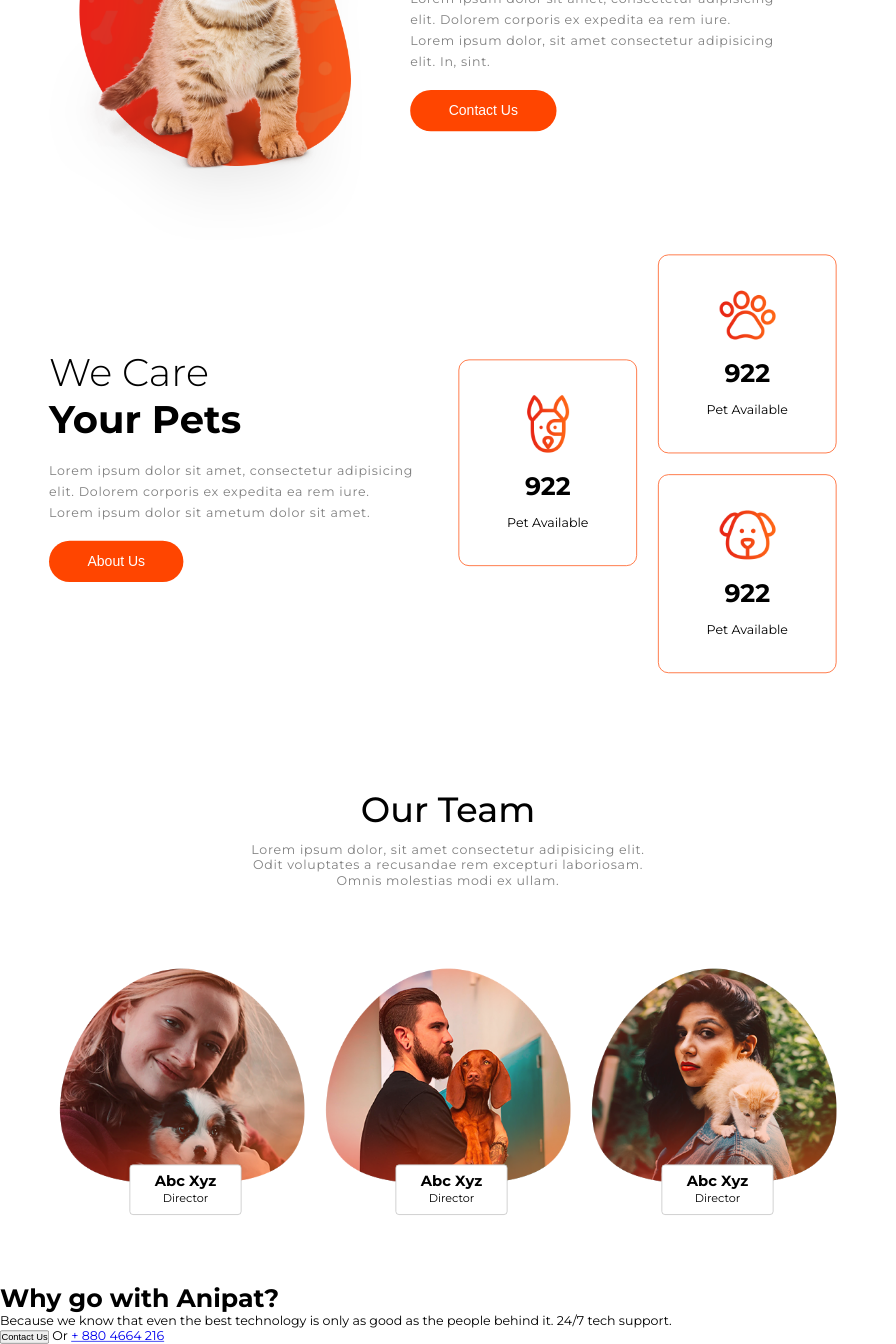
Repository: giahuy405/Day_2_Anipat
Page: index.html
An editor plug-in stored every save of this project. The page is shown before and after the next save, followed by the edit.
The browser window is 1280 px wide. The pictures show the part of the page from y = 1991 to 3911 px (the page is 3911 px tall), at 70% of full size.

Above is the page before, as saved 2022-09-09 00:12:08.

After the next save:
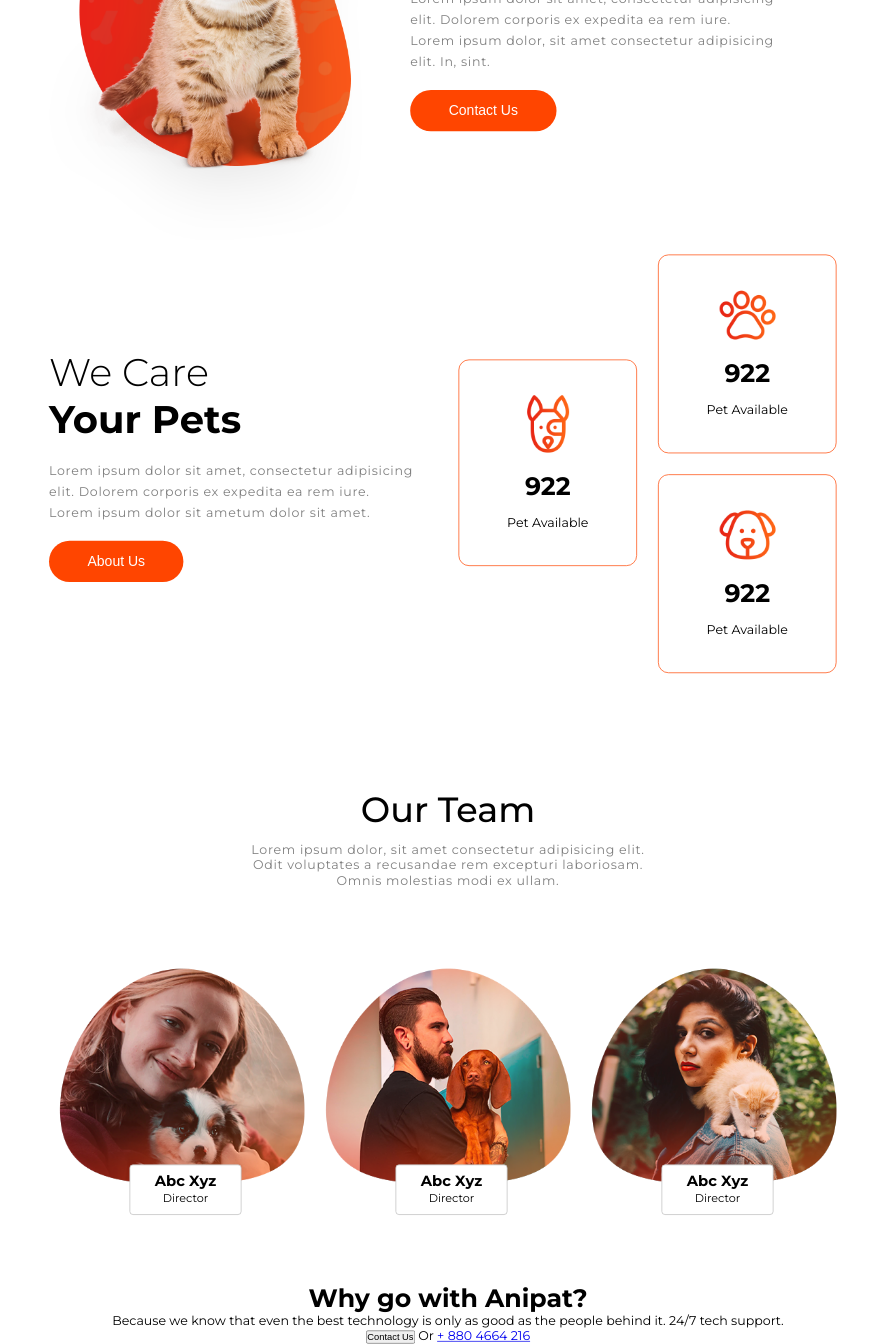
Saved 9 s later.
--- a/css/index.css
+++ b/css/index.css
@@ -279,3 +279,6 @@ html{
     font-size: 16px;
     line-height: 25px;
 }
+.banner{
+    text-align: center;
+}
